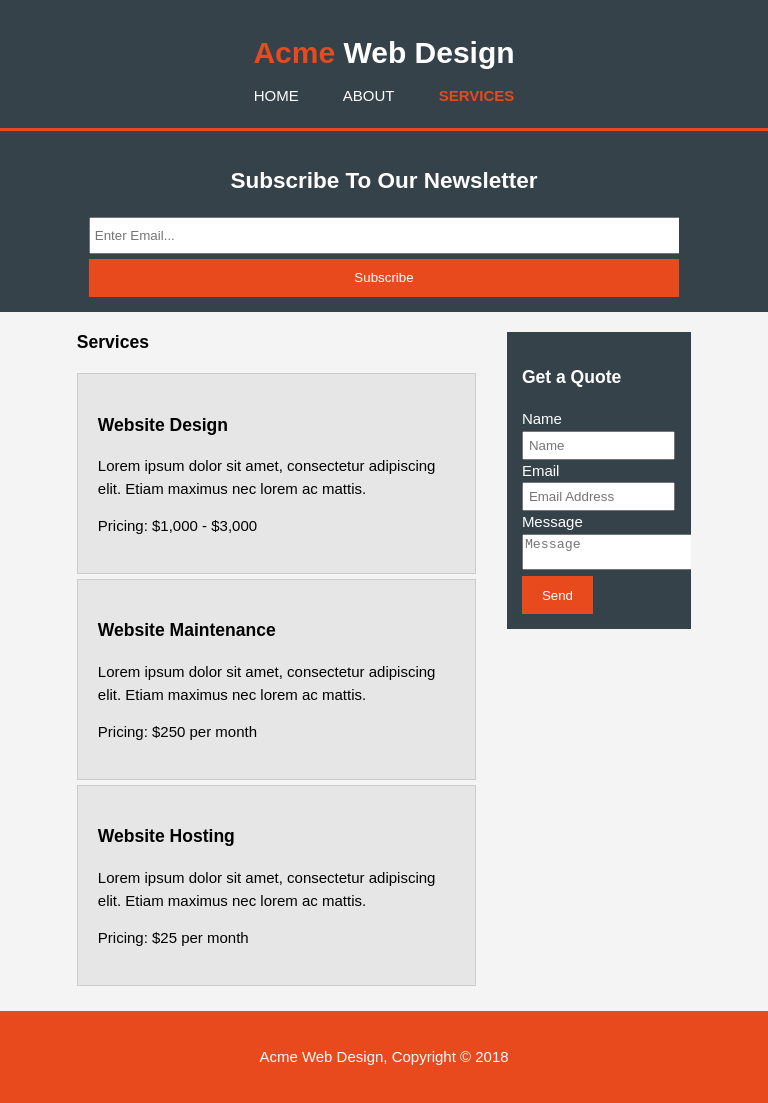
Repository: pablitoe61/exercices-html
Page: responsive/services.html
The author's editor kept a record of every edit. The page is drawn from the files as they stood at one moment, then again after the next edit.
The browser window is 768 px wide. The pictures show the whole page.
Some web libraries are served in a nearby version.

Above is the page before.

After the next edit:
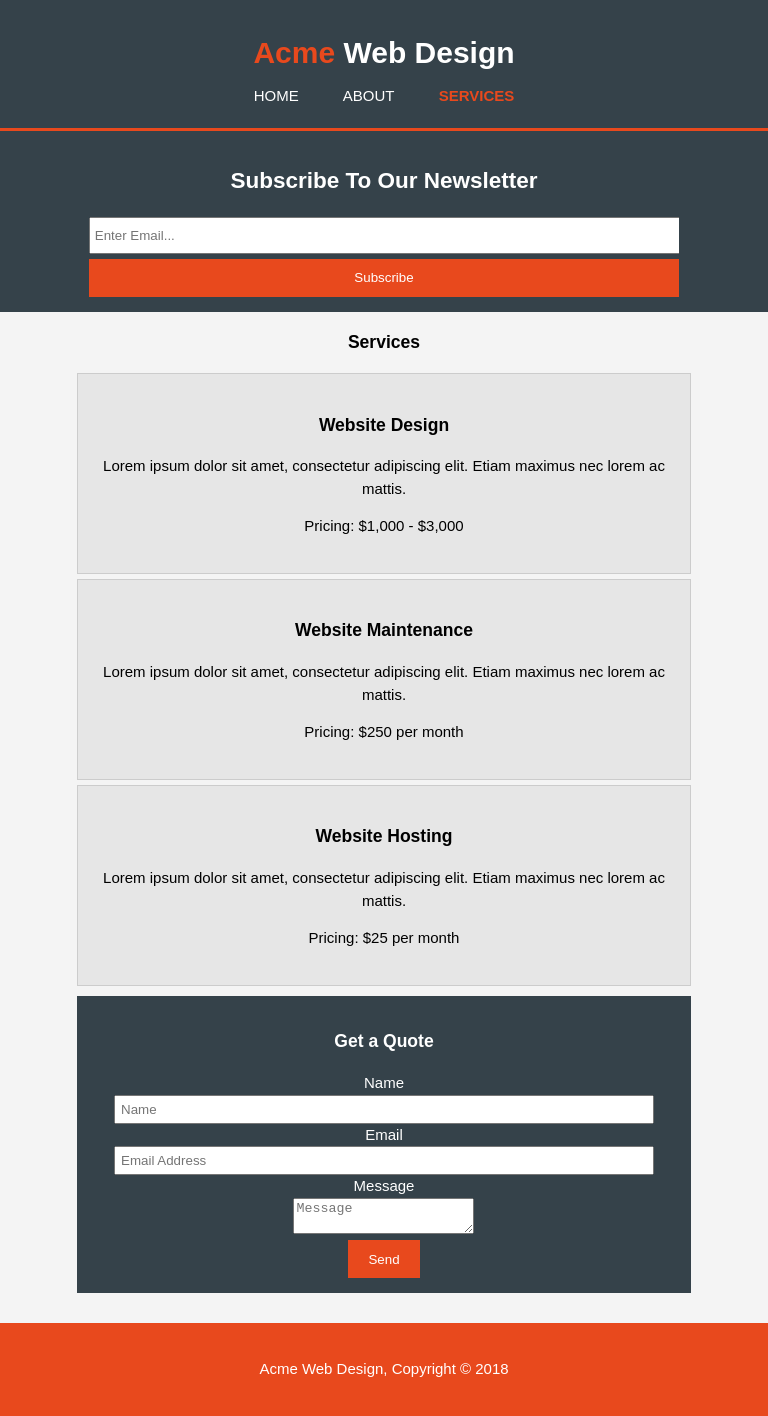
The edit:
--- a/responsive/css/styles.css
+++ b/responsive/css/styles.css
@@ -198,7 +198,10 @@
     header nav,
     header nav li,
     #newsletter h1,
-    #newsletter form{
+    #newsletter form,
+    #boxes .box,
+    article#main-col,
+    aside#sidebar{
         float:none;
         text-align:center;
         width:100%;
